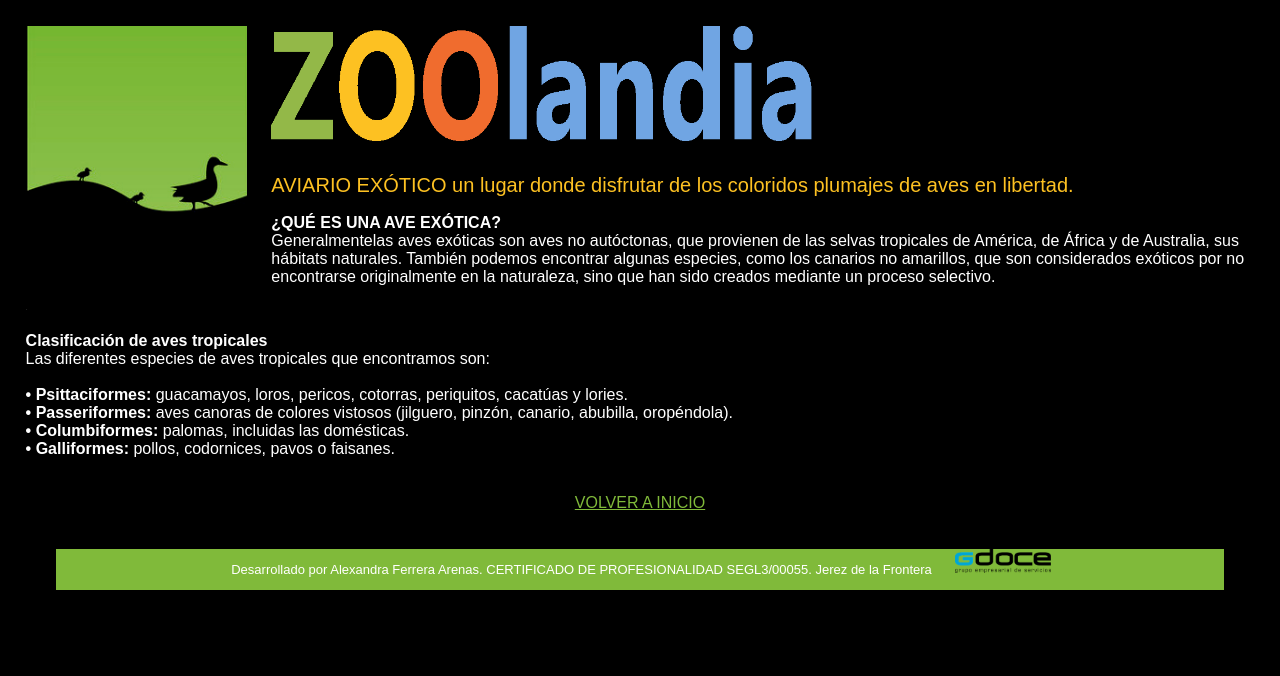
Repository: iSaan86/EV_Pr-ctica_Zoolandia
Page: aviario.html
These files come from the project's save history. The page is drawn as it stood at one moment and after the next save; the edit follows.
The browser window is 1280 px wide. The pictures show the whole page.

Above is the page before, as saved 2023-11-27 18:38:17.

### aviario.html
<!DOCTYPE html>
<html lang="es-ES">
	<head>
		<title>
			ZOOlandia Aviario
		</title>
		<meta charset="UTF-8">
		<meta name="viewport" content="width=device-width, initial-scale=1.0">
		<meta name="keywords" content="zoo, aventura, naturaleza, aviario, sabana">
		<meta name="description" content="Aviario Exótico ZOOlandia">
		<meta name="author" content="Alexandra Ferrera Arenas">
		<link rel="icon" type="image/x-icon" href="img/favicon.png">

    </head>

    <body style="background-color:black;font-family: Arial, Helvetica, sans-serif; padding: 2%; margin:0">
     <!--Seccion de arriba-->
     <!--Imagen y texto-->
        <section style="display: flex; width: 100%;">
            <article style="width: 20%; justify-content: center;">
                <img src="img/imagen1.jpg" alt="Aviario Exótico" title="Aviario Exótico" width="90%">
            </article>
            <article style="width: 80%">
                <section>
                    <img src="img/zoolandia_titulo.gif" alt="Zoolandia Logo" width="55%" style="text-align: left;">
                </section>
                <section style="margin:3% 0%">
                    <h2 style="color:#fdc122; text-align: left; font-weight: normal; font-size: 20px;">
                        AVIARIO EXÓTICO un lugar donde disfrutar de los coloridos plumajes de aves en libertad.
                    </h2>
                    <p style="color: white;font-weight: lighter;">
                        <strong> ¿QUÉ ES UNA AVE EXÓTICA?</strong>
                        <br>Generalmentelas aves exóticas son aves no autóctonas, que provienen de las selvas tropicales de América, de África y de Australia, sus hábitats naturales. También podemos encontrar algunas especies, como los canarios no amarillos, que son considerados exóticos por no encontrarse originalmente en la naturaleza, sino que han sido creados mediante un proceso selectivo.
                    </p>
                </section>
            </article>
        </section>
    <!--Texto Clasificación Aves-->

        <section>
            <p  style="color: white; font-weight: lighter;">
                <strong> Clasificación de aves tropicales</strong>
                <br>Las diferentes especies de aves tropicales que encontramos son:
                <br><br><strong>• Psittaciformes:</strong> guacamayos, loros, pericos, cotorras, periquitos, cacatúas y lories.
                <br><strong>• Passeriformes:</strong> aves canoras de colores vistosos (jilguero, pinzón, canario, abubilla, oropéndola).
                <br><strong>• Columbiformes:</strong> palomas, incluidas las domésticas.
                <br><strong>• Galliformes:</strong> pollos, codornices, pavos o faisanes.
            </p>
        </section>

    <!--Enlace Volver a Inicio-->
       <section style="width: 100%; justify-content: center; align-items:center; text-align: center; margin: 3% 0%">
        <a href="index.html" style="color:#80ba3a"> VOLVER A INICIO</a>
       </section>

    <!--Pie de página-->
        <footer style="display: flex; width: 100%; margin:3% 0%; align-items: center; justify-content: center; text-align: center">
            <section style="display: flex; width: 95%; background-color:#80ba3a">
     <!--Texto pie de página-->
                <article style="width: 75%; text-align: right;">
                    <p style="color:white; font-size: 13px;width: 100%;">
                Desarrollado por Alexandra Ferrera Arenas. CERTIFICADO DE PROFESIONALIDAD SEGL3/00055. Jerez de la Frontera
                    </p>
                </article>
     <!--Logo Gdoce pie de página-->
                <article style="width: 15%; margin-left: 2%; text-align: left">
                    <img src="img/logo.png" alt="Logo G-Doce" width="55%">
                </article>
            </section>
        </footer>

    </body>
</html>

After the next save:
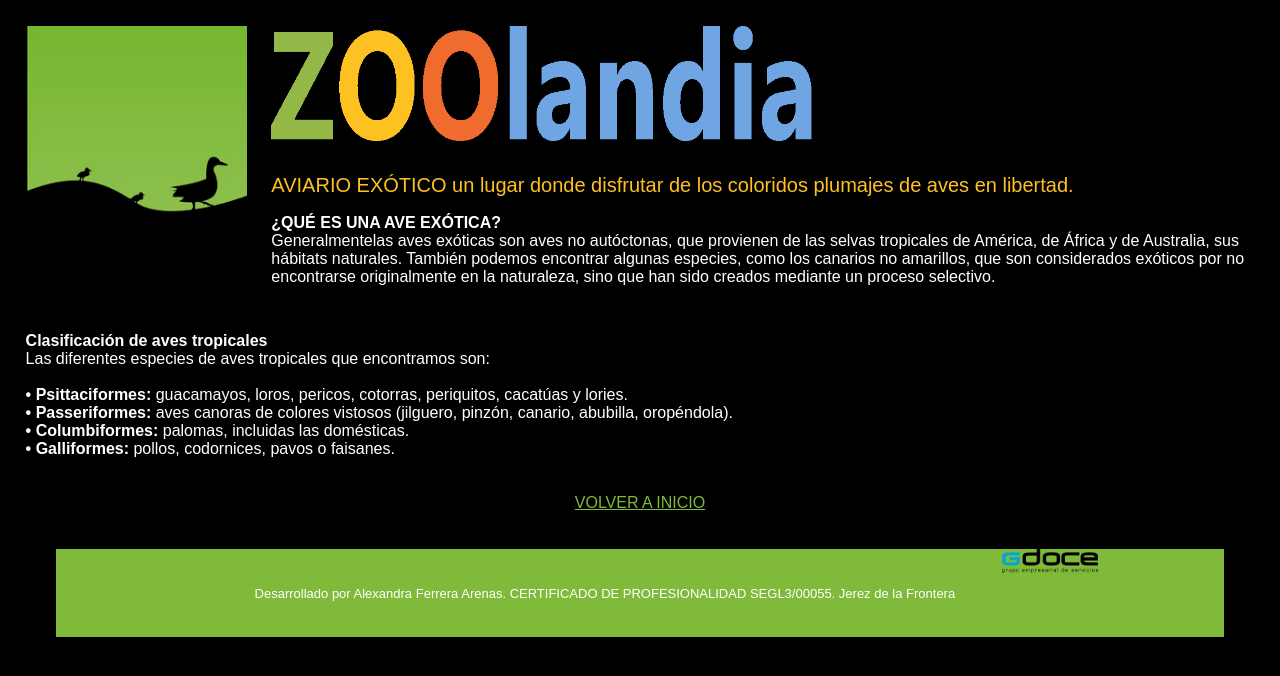
Saved 56 s later.
--- a/aviario.html
+++ b/aviario.html
@@ -57,7 +57,7 @@
         <footer style="display: flex; width: 100%; margin:3% 0%; align-items: center; justify-content: center; text-align: center">
             <section style="display: flex; width: 95%; background-color:#80ba3a">
      <!--Texto pie de página-->
-                <article style="width: 75%; text-align: right;">
+                <article style="width: 75%; text-align: right; padding:2%">
                     <p style="color:white; font-size: 13px;width: 100%;">
                 Desarrollado por Alexandra Ferrera Arenas. CERTIFICADO DE PROFESIONALIDAD SEGL3/00055. Jerez de la Frontera
                     </p>
